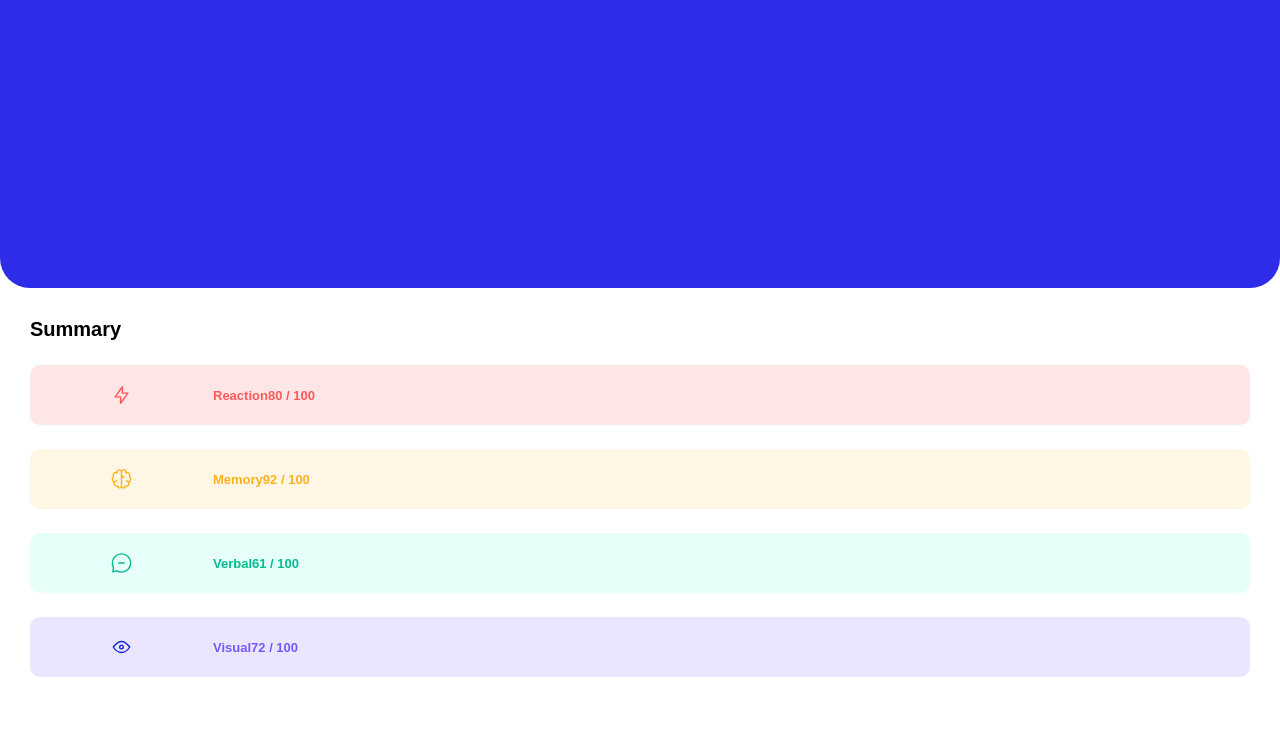
Repository: limaneto/frontend-mentor-results-summary
Page: index.html
These files come from the project's save history. The page is drawn as it stood at one moment and after the next save; the edit follows.
The browser window is 1280 px wide. The pictures show the whole page.

Above is the page before, as saved 2023-11-06 01:41:49.

### index.html
<!DOCTYPE html>
<html lang="en">
  <head>
    <meta charset="UTF-8">
    <meta name="viewport" content="width=device-width, initial-scale=1.0">
    <link rel="stylesheet" href="style.css">
  </head>
  <body>
    <main>
      <section id='result'></section>
      <summary>
        <h2>Summary</h2>
        <ul>
          <li id='reaction'>
            <img id='icons' src="./assets/images/icon-reaction.svg" alt="Lightning">
            Reaction
            <span>
              80 / 100
            </span>
          </li>
          <li id='memory'>
            <img id='icons' src="./assets/images/icon-memory.svg" alt="Brain">
            Memory
            <span>
              92 / 100
            </span>
          </li>
          <li id='verbal'>
            <img id='icons' src="./assets/images/icon-verbal.svg" alt="Cloud">
            Verbal
            <span>
              61 / 100
            </span>
          </li>
          <li id='visual'>
            <img id='icons' src="./assets/images/icon-visual.svg" alt="Eye">
            Visual
            <span>
              72 / 100
            </span>
          </li>
        </ul>
      </summary>
    </main>
  </body>
</html>

### style.css
:root {
  --red: #ff5959;
  --orangey:	#ffb01f;
  --green: #00bd91;
  --blue: #1125d4;
  --pale-blue: rgb(235, 241, 255);
  --white: rgb(255, 255, 255);
  --dark-gray-blue: #303b5a;
  --lavender: #c8c7ff;
  --g-slate-blue: #7857ff;
  --g-royal-blue: #2e2be9;
  --g-violet-blue: #4e21ca;
  --g-persian-blue: #2421ca;
}

@font-face {
  font-family: 'HankenGrotesk', sans-serif;
  src: url(./assets/fonts//HankenGrotesk-VariableFont_wght.ttf);
}

* {
  box-sizing: border-box;
  margin: 0;
  padding: 0;
}

html, body {
  font-size: 62.5%;
  font-family: 'HankenGrotesk', sans-serif;
  height: 100vh;
  width: 100vw;
}

li {
  display: block;
}

main {
  height: 100%;
  width: 100%;
}

section {
  height: 40%;
  background-color: var(--g-royal-blue);
  border-bottom-left-radius: 30px;
  border-bottom-right-radius: 30px;
}

summary {
  padding: 30px;
}

summary > h2 {
  font-size: 2rem;
}

summary > ul > li {
  font-size: 1.3rem;
  font-weight: bold;
  display: flex;
  align-items: center;
  width: 100%;
  height: 60px;
  border-radius: 10px;
  background-color: #00bd91;
  margin: 24px 0;
}

#reaction {
  color: var(--red);
  background-color: hsl(0, 100%, 95%);
}

#memory {
  color: var(--orangey);
  background-color: hsl(39, 100%, 95%);
}

#verbal {
  color: var(--green);
  background-color: hsl(166, 100%, 95%);
}

#visual {
  color: var(--g-slate-blue);
  background-color: hsl(252, 100%, 95%);
}

#icons {
  width: 15%;
  height: 2.2rem;
}

After the next save:
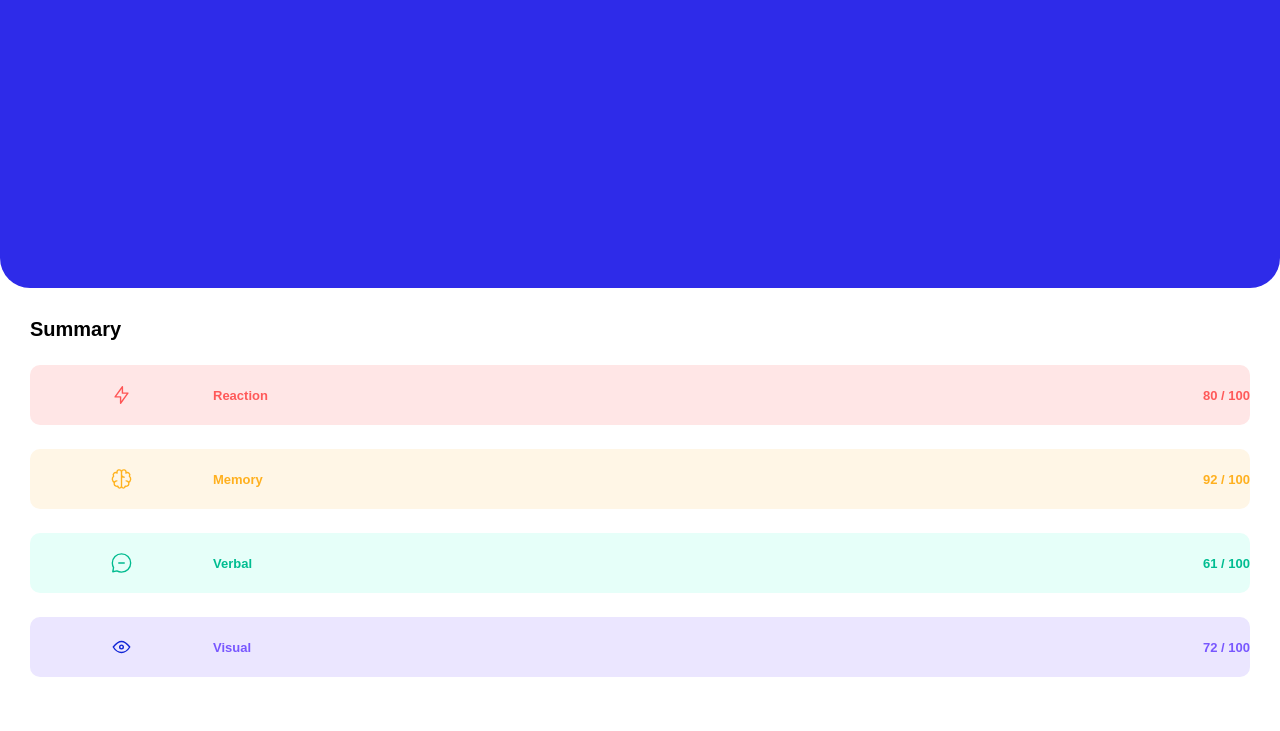
Saved 31 s later.
--- a/style.css
+++ b/style.css
@@ -91,3 +91,7 @@ summary > ul > li {
   width: 15%;
   height: 2.2rem;
 }
+
+li > span {
+  margin-left: auto;
+}
